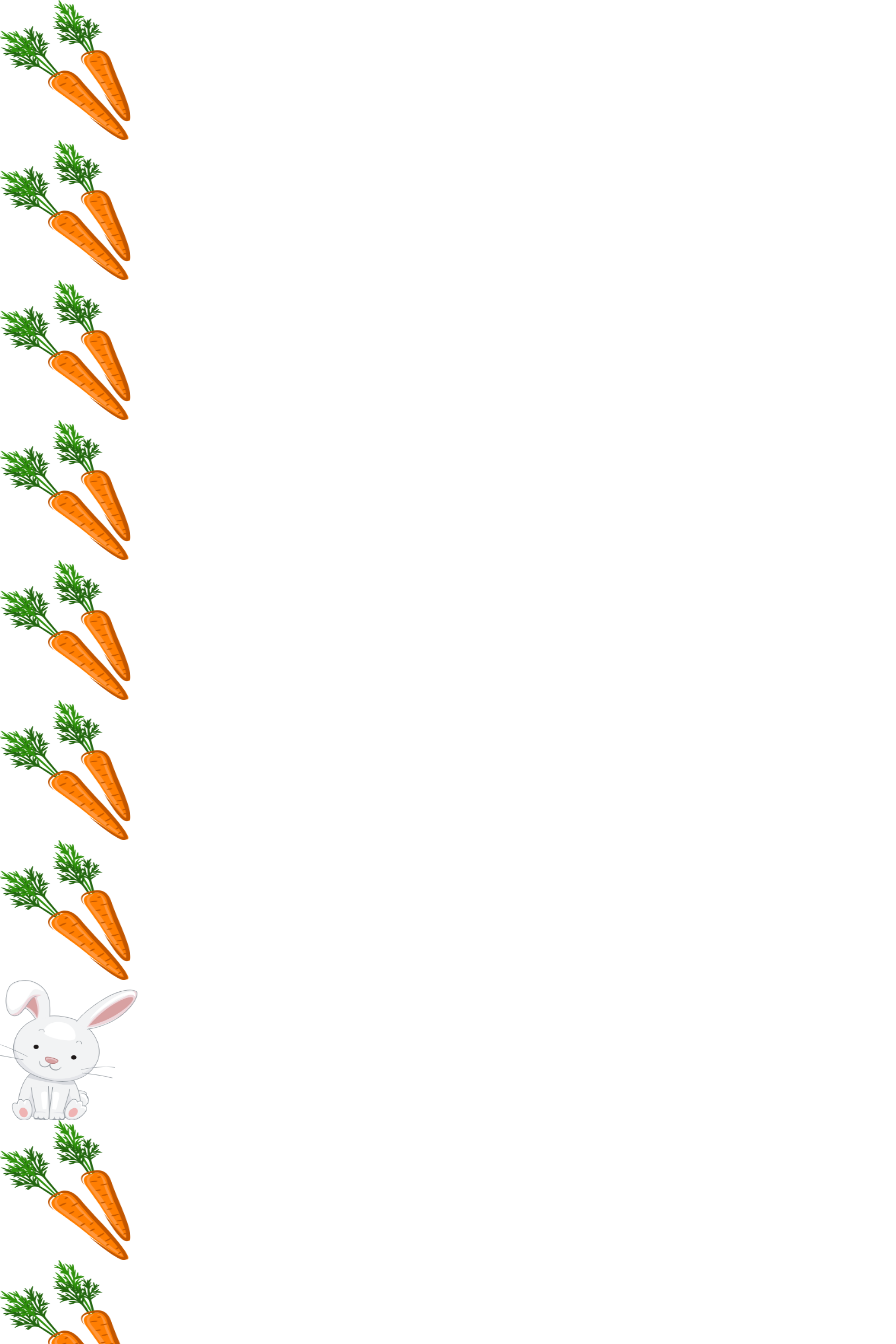
Repository: sephinejo/frontend-browser-101
Page: browser/practice-find-rabbit/index.html
An editor plug-in stored every save of this project. The page is shown before and after the next save, followed by the edit.
The browser window is 1280 px wide. The pictures show the part of the page from y = 0 to 1920 px (the page is 2400 px tall before and 3224 px after), at 70% of full size.

Above is the page before, as saved 2023-05-10 21:08:10.

After the next save:
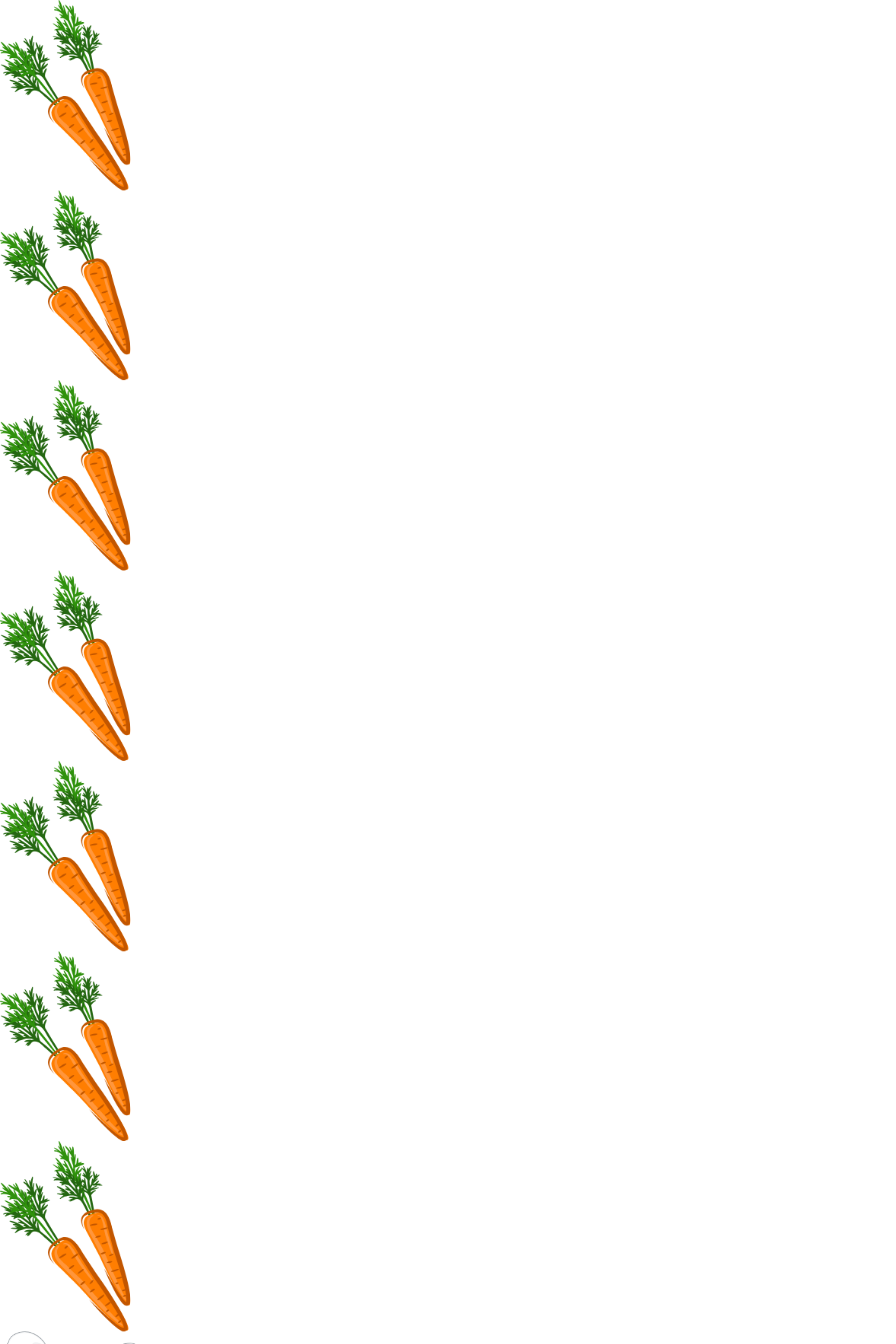
Saved 5 s later.
--- a/browser/practice-find-rabbit/index.html
+++ b/browser/practice-find-rabbit/index.html
@@ -12,7 +12,6 @@
       }
       img {
         width: 200px;
-        height: 200px;
       }
     </style>
   </head>
